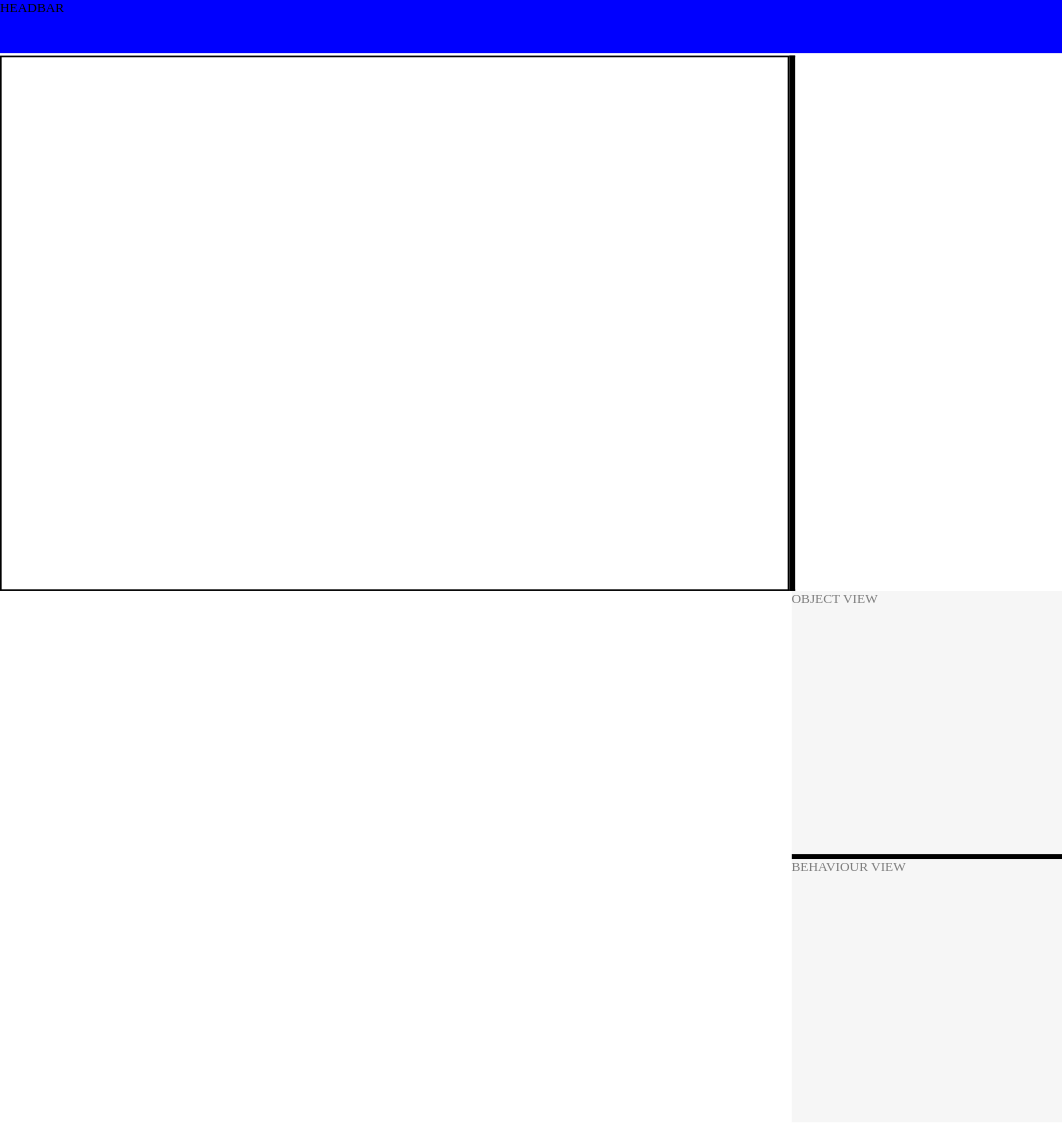
Repository: n-donnelly/onlinegameproto
Page: GameProto/WebContent/Content/main.html
The author's editor kept a record of every edit. The page is drawn from the files as they stood at one moment, then again after the next edit.
The browser window is 1280 px wide. The pictures show the whole page, at 83% of full size.
Some web libraries are served in a nearby version.

Above is the page before.

After the next edit:
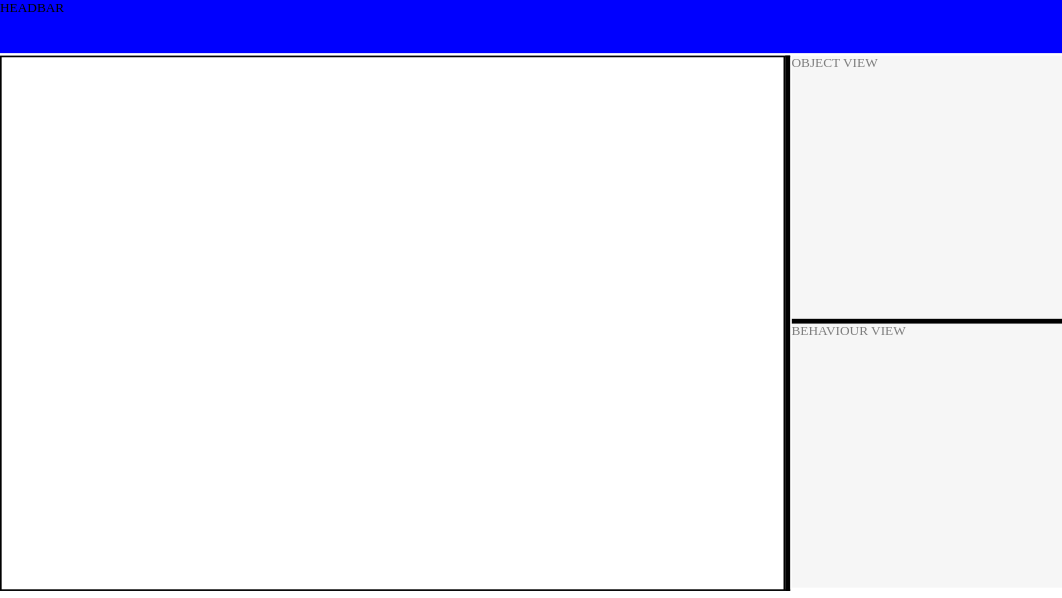
The edit:
--- a/GameProto/WebContent/CSS/main.css
+++ b/GameProto/WebContent/CSS/main.css
@@ -6,7 +6,7 @@
 
 #gameView {
     float: left;
-    width: 74%;
+    width: 73.6%;
     height: 100%;
     position: relative;
     border: 2px solid black;
